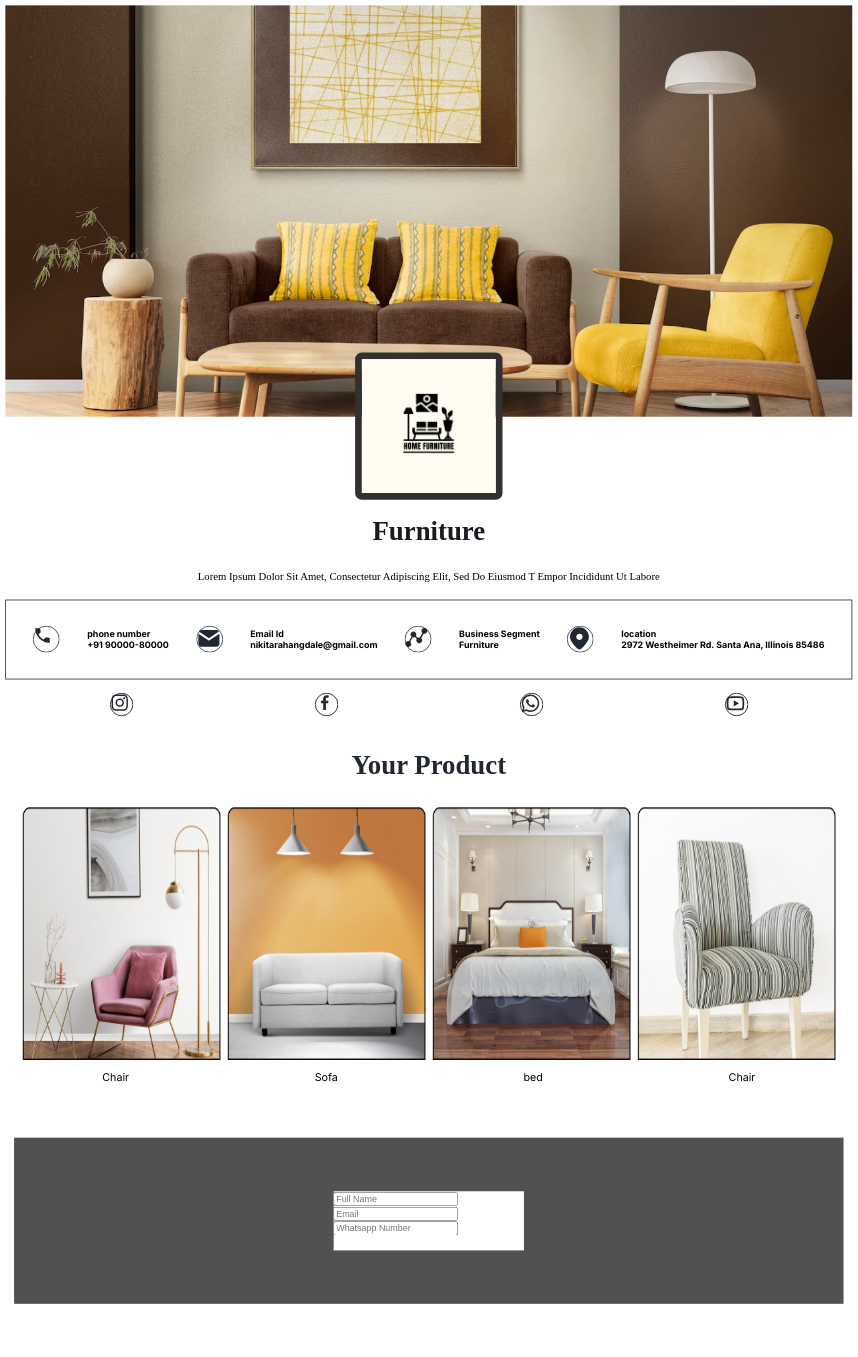
Repository: nikita120402/next13-deploy
Page: /
The author's editor kept a copy of each file at every save. The page is drawn from the files as they stood at one save, then again after the next save.
The browser window is 1280 px wide. The pictures show the whole page, at 67% of full size.
The project was rebuilt for these pictures with package versions that can differ from the ones it lists, and the page was loaded fresh each time. The framework's server and built-in components were replaced by stand-ins that run in the browser. Also part of the build but not shown: next.config.js.

Above is the page before, as saved 2023-08-07 16:49:01.

### src/app/page.tsx
import Image from 'next/image'
import styles from './Design.module.css'
export default function Page() {
  return (
  <div>
        <Image
        className={styles.image1}
      src="/../public/image/Rectangle 25.jpg"
      alt="Picture"
      width={1500}
      height={600}
          />
          <Image
          className={styles.icon}
          src="/../public/image/final logo.jpg"
          alt="Picture"
          width={200}
          height={200}
          />
          <h1>Furniture</h1>
          <p>Lorem ipsum dolor sit amet, consectetur adipiscing elit, sed do eiusmod t empor incididunt ut labore </p>
          <div className={styles.call}>
          <svg xmlns="http://www.w3.org/2000/svg" width="40" height="40" viewBox="0 0 69 69" fill="none">
  <circle cx="34.5" cy="34.5" r="33.5" fill="white" stroke="#222831" stroke-width="2"/>
  <svg xmlns="http://www.w3.org/2000/svg" width="50" height="50" viewBox="0 0 33 33" fill="none">
  <path d="M27.4313 28.875C24.5667 28.875 21.731 28.2563 18.9241 27.0187C16.1173 25.7812 13.5676 24.0167 11.275 21.725C8.98333 19.4333 7.21875 16.8896 5.98125 14.0938C4.74375 11.2979 4.125 8.45625 4.125 5.56875V4.125H12.2375L13.5094 11.0344L9.59062 14.9875C10.0948 15.8812 10.6562 16.7292 11.275 17.5312C11.8937 18.3333 12.5583 19.0781 13.2687 19.7656C13.9333 20.4302 14.6612 21.0664 15.4522 21.6741C16.2433 22.2819 17.0968 22.8488 18.0125 23.375L22 19.3875L28.875 20.7969V28.875H27.4313Z" fill="#222831"/>
</svg></svg> <h5>phone number <br/> +91 90000-80000</h5>

<svg xmlns="http://www.w3.org/2000/svg" width="40" height="40" viewBox="0 0 69 69" fill="none">
  <circle cx="34.5" cy="34.5" r="33.5" fill="white" stroke="#222831" stroke-width="2"/>
  <svg xmlns="http://www.w3.org/2000/svg" width="65" height="65" viewBox="0 0 33 33" fill="none">
  <g clip-path="url(#clip0_1_50)">
    <path d="M30.25 10.3606V23.375C30.2501 24.4271 29.8481 25.4396 29.1262 26.2051C28.4044 26.9706 27.4174 27.4314 26.367 27.4931L26.125 27.5H6.875C5.82284 27.5 4.81042 27.098 4.04489 26.3762C3.27937 25.6544 2.8186 24.6673 2.75688 23.617L2.75 23.375V10.3606L15.7369 19.019L15.8964 19.1097C16.0843 19.2016 16.2908 19.2493 16.5 19.2493C16.7092 19.2493 16.9157 19.2016 17.1036 19.1097L17.2631 19.019L30.25 10.3606Z" fill="#222831"/>
    <path d="M26.125 5.5C27.61 5.5 28.9121 6.28375 29.6381 7.46212L16.5 16.2209L3.36188 7.46212C3.70663 6.90218 4.1803 6.4328 4.74335 6.09315C5.30641 5.7535 5.94252 5.55343 6.59863 5.50962L6.875 5.5H26.125Z" fill="#222831"/>
  </g>
  <defs>
    <clipPath id="clip0_1_50">
      <rect width="33" height="33" fill="white"/>
    </clipPath>
  </defs>
</svg>
</svg> <h5>Email Id <br/>  nikitarahangdale@gmail.com</h5>

<svg xmlns="http://www.w3.org/2000/svg" width="40" height="40" viewBox="0 0 69 69" fill="none">
  <circle cx="34.5" cy="34.5" r="33.5" fill="white" stroke="#222831" stroke-width="2"/>
  <svg xmlns="http://www.w3.org/2000/svg" width="60" height="60" viewBox="0 0 33 33" fill="none">
  <path d="M30.7622 10.1346C30.3794 10.5186 29.9246 10.8231 29.4237 11.0306C28.9228 11.2381 28.3859 11.3445 27.8437 11.3437C27.5119 11.3436 27.1813 11.3037 26.8589 11.2251L23.4261 17.6008C23.4648 17.6369 23.5035 17.673 23.5409 17.7104C24.0863 18.256 24.4678 18.9435 24.6421 19.6951C24.8163 20.4466 24.7764 21.2319 24.5267 21.9618C24.2771 22.6917 23.8277 23.337 23.2297 23.8244C22.6317 24.3118 21.9091 24.6217 21.1438 24.719C20.3785 24.8162 19.6013 24.6969 18.9004 24.3747C18.1995 24.0524 17.603 23.54 17.1787 22.8957C16.7544 22.2514 16.5192 21.5011 16.5 20.7298C16.4807 19.9586 16.6781 19.1975 17.0698 18.5328L14.4684 15.9315C13.8338 16.3044 13.111 16.5007 12.375 16.5C12.0428 16.5002 11.7117 16.4609 11.3889 16.3827L7.95609 22.7558C7.99476 22.7919 8.03472 22.828 8.0721 22.8654C8.6489 23.4423 9.04168 24.1773 9.20076 24.9775C9.35985 25.7776 9.27811 26.607 8.96587 27.3606C8.65363 28.1143 8.12492 28.7585 7.44658 29.2117C6.76825 29.665 5.97076 29.9069 5.15495 29.9069C4.33915 29.9069 3.54166 29.665 2.86333 29.2117C2.18499 28.7585 1.65628 28.1143 1.34404 27.3606C1.0318 26.607 0.950059 25.7776 1.10915 24.9775C1.26823 24.1773 1.66101 23.4423 2.23781 22.8654C2.7397 22.3637 3.36251 22 4.04606 21.8094C4.7296 21.6188 5.45075 21.6078 6.1398 21.7774L9.57257 15.4017C9.5339 15.3656 9.49523 15.3295 9.45785 15.2921C9.07471 14.9091 8.77077 14.4543 8.56342 13.9538C8.35606 13.4532 8.24933 12.9168 8.24933 12.375C8.24933 11.8332 8.35606 11.2967 8.56342 10.7962C8.77077 10.2957 9.07471 9.84089 9.45785 9.45783C10.1675 8.74616 11.1126 8.31805 12.1156 8.25393C13.1186 8.18981 14.1105 8.49408 14.905 9.10959C15.6995 9.72511 16.242 10.6095 16.4306 11.5967C16.6191 12.5839 16.4407 13.606 15.9289 14.471L18.5303 17.0723C19.4597 16.5277 20.5645 16.3659 21.6111 16.6212L25.0439 10.2455C25.0052 10.2094 24.9653 10.1733 24.9279 10.1359C24.5447 9.75283 24.2408 9.29805 24.0335 8.79752C23.8261 8.29699 23.7194 7.76051 23.7194 7.21873C23.7194 6.67695 23.8261 6.14048 24.0335 5.63995C24.2408 5.13942 24.5447 4.68464 24.9279 4.30158C25.7016 3.52791 26.7509 3.09326 27.845 3.09326C28.9392 3.09326 29.9885 3.52791 30.7622 4.30158C31.5359 5.07526 31.9705 6.12459 31.9705 7.21873C31.9705 8.31288 31.5359 9.36221 30.7622 10.1359V10.1346Z" fill="#222831"/>
</svg>
</svg> <h5>Business  Segment  <br/>  Furniture</h5>

<svg xmlns="http://www.w3.org/2000/svg" width="40" height="40" viewBox="0 0 69 69" fill="none">
  <circle cx="34.5" cy="34.5" r="33.5" fill="white" stroke="#222831" stroke-width="2"/>
  <svg xmlns="http://www.w3.org/2000/svg" width="65" height="65" viewBox="0 0 33 33" fill="none">
  <path d="M18.8843 29.997C22.4792 26.8331 28.875 20.3692 28.875 14.4375C28.875 11.1554 27.5712 8.00782 25.2504 5.68705C22.9297 3.36629 19.7821 2.0625 16.5 2.0625C13.2179 2.0625 10.0703 3.36629 7.74955 5.68705C5.42879 8.00782 4.125 11.1554 4.125 14.4375C4.125 20.3692 10.5187 26.8331 14.1157 29.997C14.7719 30.5826 15.6205 30.9063 16.5 30.9063C17.3795 30.9063 18.2281 30.5826 18.8843 29.997ZM12.375 14.4375C12.375 13.3435 12.8096 12.2943 13.5832 11.5207C14.3568 10.7471 15.406 10.3125 16.5 10.3125C17.594 10.3125 18.6432 10.7471 19.4168 11.5207C20.1904 12.2943 20.625 13.3435 20.625 14.4375C20.625 15.5315 20.1904 16.5807 19.4168 17.3543C18.6432 18.1279 17.594 18.5625 16.5 18.5625C15.406 18.5625 14.3568 18.1279 13.5832 17.3543C12.8096 16.5807 12.375 15.5315 12.375 14.4375Z" fill="#222831"/>
</svg>
</svg>  <h5>location  <br/>  2972 Westheimer Rd. Santa Ana, Illinois 85486 </h5>

</div>
<div className={styles.icon1}>

<svg className={styles.icon2} xmlns="http://www.w3.org/2000/svg" width="35" height="35" viewBox="0 0 50 50" fill="none">
  <circle cx="25" cy="25" r="24" fill="white" stroke="#222831" stroke-width="2"/>
  <svg   xmlns="http://www.w3.org/2000/svg" width="42" height="42" viewBox="0 0 32 32" fill="none">
  <path d="M23.12 7.27999C22.8036 7.27999 22.4942 7.37383 22.2311 7.54964C21.968 7.72545 21.7629 7.97533 21.6418 8.2677C21.5207 8.56006 21.489 8.88176 21.5507 9.19213C21.6125 9.5025 21.7649 9.7876 21.9886 10.0114C22.2124 10.2351 22.4975 10.3875 22.8079 10.4492C23.1182 10.511 23.4399 10.4793 23.7323 10.3582C24.0247 10.2371 24.2745 10.032 24.4504 9.7689C24.6262 9.50578 24.72 9.19644 24.72 8.87999C24.72 8.45564 24.5514 8.04868 24.2514 7.74862C23.9513 7.44856 23.5443 7.27999 23.12 7.27999ZM29.2533 10.5067C29.2274 9.40039 29.0202 8.30586 28.64 7.26666C28.301 6.3775 27.7733 5.57236 27.0933 4.90666C26.4331 4.22322 25.6261 3.69889 24.7333 3.37332C23.6969 2.98154 22.6011 2.7696 21.4933 2.74666C20.08 2.66666 19.6267 2.66666 16 2.66666C12.3733 2.66666 11.92 2.66666 10.5067 2.74666C9.39887 2.7696 8.30313 2.98154 7.26667 3.37332C6.37557 3.70219 5.56925 4.22607 4.90667 4.90666C4.22324 5.56689 3.69891 6.37391 3.37334 7.26666C2.98155 8.30311 2.76962 9.39886 2.74667 10.5067C2.66667 11.92 2.66667 12.3733 2.66667 16C2.66667 19.6267 2.66667 20.08 2.74667 21.4933C2.76962 22.6011 2.98155 23.6969 3.37334 24.7333C3.69891 25.6261 4.22324 26.4331 4.90667 27.0933C5.56925 27.7739 6.37557 28.2978 7.26667 28.6267C8.30313 29.0184 9.39887 29.2304 10.5067 29.2533C11.92 29.3333 12.3733 29.3333 16 29.3333C19.6267 29.3333 20.08 29.3333 21.4933 29.2533C22.6011 29.2304 23.6969 29.0184 24.7333 28.6267C25.6261 28.3011 26.4331 27.7768 27.0933 27.0933C27.7763 26.4301 28.3045 25.6242 28.64 24.7333C29.0202 23.6941 29.2274 22.5996 29.2533 21.4933C29.2533 20.08 29.3333 19.6267 29.3333 16C29.3333 12.3733 29.3333 11.92 29.2533 10.5067ZM26.8533 21.3333C26.8436 22.1797 26.6903 23.0183 26.4 23.8133C26.1871 24.3936 25.8452 24.9179 25.4 25.3467C24.9675 25.7873 24.4443 26.1286 23.8667 26.3467C23.0716 26.637 22.233 26.7903 21.3867 26.8C20.0533 26.8667 19.56 26.88 16.0533 26.88C12.5467 26.88 12.0533 26.88 10.72 26.8C9.84119 26.8164 8.96613 26.6811 8.13334 26.4C7.58105 26.1708 7.08181 25.8304 6.66667 25.4C6.22412 24.9717 5.88646 24.4469 5.68001 23.8667C5.35448 23.0602 5.17393 22.2026 5.14667 21.3333C5.14667 20 5.06667 19.5067 5.06667 16C5.06667 12.4933 5.06667 12 5.14667 10.6667C5.15265 9.8014 5.31061 8.94392 5.61334 8.13332C5.84807 7.57054 6.20836 7.06887 6.66667 6.66666C7.07176 6.20821 7.57239 5.84412 8.13334 5.59999C8.94607 5.30671 9.80267 5.15343 10.6667 5.14666C12 5.14666 12.4933 5.06666 16 5.06666C19.5067 5.06666 20 5.06666 21.3333 5.14666C22.1797 5.15636 23.0183 5.30965 23.8133 5.59999C24.4192 5.82486 24.9631 6.19045 25.4 6.66666C25.8369 7.07623 26.1784 7.57697 26.4 8.13332C26.6963 8.94523 26.8497 9.80236 26.8533 10.6667C26.92 12 26.9333 12.4933 26.9333 16C26.9333 19.5067 26.92 20 26.8533 21.3333ZM16 9.15999C14.6478 9.16263 13.3266 9.56602 12.2035 10.3192C11.0805 11.0724 10.2058 12.1416 9.69018 13.3917C9.17452 14.6417 9.04097 16.0166 9.3064 17.3426C9.57182 18.6685 10.2243 19.886 11.1814 20.8413C12.1386 21.7966 13.3574 22.4467 14.6838 22.7095C16.0103 22.9724 17.3849 22.8361 18.634 22.318C19.883 21.7999 20.9505 20.9232 21.7015 19.7987C22.4525 18.6742 22.8533 17.3522 22.8533 16C22.8551 15.1001 22.6789 14.2088 22.335 13.3773C21.991 12.5457 21.4861 11.7904 20.8492 11.1547C20.2122 10.519 19.4559 10.0156 18.6237 9.67323C17.7915 9.3309 16.8999 9.15647 16 9.15999ZM16 20.44C15.1219 20.44 14.2634 20.1796 13.5333 19.6917C12.8031 19.2038 12.234 18.5104 11.898 17.6991C11.5619 16.8878 11.474 15.9951 11.6453 15.1338C11.8166 14.2725 12.2395 13.4814 12.8604 12.8604C13.4814 12.2395 14.2725 11.8166 15.1338 11.6453C15.9951 11.474 16.8878 11.5619 17.6991 11.898C18.5104 12.234 19.2039 12.8031 19.6917 13.5333C20.1796 14.2634 20.44 15.1218 20.44 16C20.44 16.5831 20.3252 17.1604 20.102 17.6991C19.8789 18.2378 19.5519 18.7273 19.1396 19.1395C18.7273 19.5518 18.2378 19.8789 17.6991 20.102C17.1604 20.3251 16.5831 20.44 16 20.44Z" fill="#222831"/>
</svg>
</svg>
<svg xmlns="http://www.w3.org/2000/svg" width="35" height="35" viewBox="0 0 50 50" fill="none">
  <circle cx="25" cy="25" r="24" fill="white" stroke="#222831" stroke-width="2"/>
  <svg xmlns="http://www.w3.org/2000/svg" width="42" height="42" viewBox="0 0 32 32" fill="none">
  <path d="M17.8627 27.996V17.068H21.5493L22.0973 12.7893H17.8627V10.064C17.8627 8.82934 18.2067 7.98401 19.9787 7.98401H22.224V4.16935C21.1315 4.05227 20.0334 3.99574 18.9347 4.00001C15.676 4.00001 13.4387 5.98935 13.4387 9.64135V12.7813H9.776V17.06H13.4467V27.996H17.8627Z" fill="#222831"/>
</svg>
</svg>
<svg xmlns="http://www.w3.org/2000/svg" width="35" height="35" viewBox="0 0 50 50" fill="none">
  <circle cx="25" cy="25" r="24" fill="white" stroke="#222831" stroke-width="2"/>
  <svg xmlns="http://www.w3.org/2000/svg" width="45" height="45" viewBox="0 0 32 32" fill="none">
  <path d="M25.4 6.54667C24.1776 5.31191 22.7216 4.3329 21.1168 3.66674C19.5121 3.00059 17.7908 2.66062 16.0533 2.66667C8.77333 2.66667 2.84 8.60001 2.84 15.88C2.84 18.2133 3.45333 20.48 4.6 22.48L2.73333 29.3333L9.73333 27.4933C11.6667 28.5467 13.84 29.1067 16.0533 29.1067C23.3333 29.1067 29.2667 23.1733 29.2667 15.8933C29.2667 12.36 27.8933 9.04001 25.4 6.54667ZM16.0533 26.8667C14.08 26.8667 12.1467 26.3333 10.4533 25.3333L10.0533 25.0933L5.89333 26.1867L7 22.1333L6.73333 21.72C5.637 19.9693 5.05485 17.9457 5.05333 15.88C5.05333 9.82667 9.98667 4.89334 16.04 4.89334C18.9733 4.89334 21.7333 6.04001 23.8 8.12001C24.8233 9.13863 25.6343 10.3502 26.1859 11.6846C26.7374 13.0189 27.0187 14.4495 27.0133 15.8933C27.04 21.9467 22.1067 26.8667 16.0533 26.8667ZM22.08 18.6533C21.7467 18.4933 20.12 17.6933 19.8267 17.5733C19.52 17.4667 19.3067 17.4133 19.08 17.7333C18.8533 18.0667 18.2267 18.8133 18.04 19.0267C17.8533 19.2533 17.6533 19.28 17.32 19.1067C16.9867 18.9467 15.92 18.5867 14.6667 17.4667C13.68 16.5867 13.0267 15.5067 12.8267 15.1733C12.64 14.84 12.8 14.6667 12.9733 14.4933C13.12 14.3467 13.3067 14.1067 13.4667 13.92C13.6267 13.7333 13.6933 13.5867 13.8 13.3733C13.9067 13.1467 13.8533 12.96 13.7733 12.8C13.6933 12.64 13.0267 11.0133 12.76 10.3467C12.4933 9.70668 12.2133 9.78667 12.0133 9.77334H11.3733C11.1467 9.77334 10.8 9.85334 10.4933 10.1867C10.2 10.52 9.34667 11.32 9.34667 12.9467C9.34667 14.5733 10.5333 16.1467 10.6933 16.36C10.8533 16.5867 13.0267 19.92 16.3333 21.3467C17.12 21.6933 17.7333 21.8933 18.2133 22.04C19 22.2933 19.72 22.2533 20.2933 22.1733C20.9333 22.08 22.2533 21.3733 22.52 20.6C22.8 19.8267 22.8 19.1733 22.7067 19.0267C22.6133 18.88 22.4133 18.8133 22.08 18.6533Z" fill="#222831"/>
</svg>
</svg>
<svg xmlns="http://www.w3.org/2000/svg" width="35" height="35" viewBox="0 0 50 50" fill="none">
  <circle cx="25" cy="25" r="24" fill="white" stroke="#222831" stroke-width="2"/>
  <svg xmlns="http://www.w3.org/2000/svg" width="45" height="45" viewBox="0 0 32 32" fill="none">
  <path d="M26.1427 9.32668C26.0413 8.92934 25.7533 8.62934 25.424 8.53734C24.84 8.37334 22.0013 8.00001 16.0013 8.00001C10.0013 8.00001 7.164 8.37334 6.576 8.53734C6.25066 8.62801 5.96266 8.92801 5.86 9.32668C5.71466 9.89201 5.33466 12.26 5.33466 16C5.33466 19.7387 5.71466 22.1067 5.86 22.6747C5.96133 23.0707 6.24933 23.3707 6.57733 23.4613C7.164 23.6267 10 24 16 24C22 24 24.8387 23.6267 25.4253 23.4627C25.7507 23.372 26.0387 23.072 26.1413 22.6733C26.288 22.108 26.6667 19.7333 26.6667 16C26.6667 12.2667 26.288 9.89334 26.1427 9.32668ZM28.7253 8.66401C29.3347 11.04 29.3347 16 29.3347 16C29.3347 16 29.3347 20.96 28.7253 23.336C28.3867 24.6493 27.396 25.6827 26.1413 26.032C23.8627 26.6667 16 26.6667 16 26.6667C16 26.6667 8.14266 26.6667 5.86 26.032C4.6 25.6773 3.61066 24.6453 3.276 23.336C2.66666 20.96 2.66666 16 2.66666 16C2.66666 16 2.66666 11.04 3.276 8.66401C3.61466 7.35068 4.60533 6.31734 5.86 5.96801C8.144 5.33334 16.0013 5.33334 16.0013 5.33334C16.0013 5.33334 23.8627 5.33334 26.1413 5.96801C27.4 6.32268 28.3907 7.35468 28.7253 8.66401ZM13.3347 20.6667V11.3333L21.3347 16L13.3347 20.6667Z" fill="#222831"/>
</svg>
</svg>

</div>
<h2 className={styles.heading}>Your Product </h2>

<div className={styles.product} >
      <Image
          src="/../public/image/Chair.jpg"
          alt="Picture"
          width={295}
          height={377}
          />
          <Image
          src="/../public/image/Sofa.jpg"
          alt="Picture"
          width={295}
          height={377}
          />
          <Image
          src="/../public/image/Bed.jpg"
          alt="Picture"
          width={295}
          height={377}
          />
          <Image
          src="/../public/image/Chair1.jpg"
          alt="Picture"
          width={295}
          height={377}
          />

</div>
<div className={styles.product1}>
<span>Chair</span>
<span>Sofa</span>
<span>bed</span>
<span>Chair</span>
</div>
<form className={styles.form1}>
<div className={styles.form}>
  <input type="text" placeholder="Full Name"/>
  <input type="email" placeholder="Email"/>
  <input type="text" placeholder="Whatsapp Number"/>
  </div>
  </form>

  </div>
  )

}

### src/app/globals.css
h1{
      text-align: center;
      color: #181b21;
font-family: Playfair Display;
font-size: 40px;
font-style: normal;
font-weight: 600;
line-height: 100%; /* 40px */
  text-transform: capitalize;
}
p{
      color: #000;
text-align: center;
padding: 10px;
font-family: Poppins;
font-size: 16px;
font-style: normal;
font-weight: 400;
line-height: 120%; /* 24px */
text-transform: capitalize;
}

### src/app/Design.module.css
.image1{
    width: 100%;
    height: 100%;
}

.icon{
    border-radius: 10px;
    background: #222831;
    position: relative;
    border: solid 10px rgb(51, 48, 48);
    margin-left: auto;
    margin-right: auto;
    display: block;
    margin-top: -100px;
    z-index: +1;
}

.call{
    display: flex;
    margin-left:auto;
    border: solid 1px black;
    padding: 20px;
    justify-content: space-around;
    align-items: center;
}

.icon1{
    display: flex;
    margin-left:0%;
    padding: 20px;
    align-items: center;
    flex-shrink: 0;
    justify-content:space-around;


}

.heading{
    text-align: center;
    color: #222831;
    font-family: Playfair Display;
    font-size: 40px;
    font-style: normal;
    font-weight: 600;
    line-height: 100%; /* 40px */
    text-transform: capitalize;
}

.icon2{
        text-align: center;
}

.product{
            display: flex;
            padding: 10px 20px;
            justify-content: space-around;
            border-radius: 10px 10px 0px 0px;

}
.product1{
    display: flex;
    text-align: left;
    font-size: 16px;
    margin: 6px;
    justify-content: space-around;

}

.form{
    margin: 30px auto;
    border-style: hidden;
    border-bottom: 2px solid #fff;
    background-color: #ffffff;
    color: #fff;
    width: 25%;
    font-size: 16px;
    padding-bottom: 20px;
}

.form1{
    background-color: #515151;
    width: 90%;
    padding: 50px;
    margin: 80px auto;
}

Loaded but not shown: src/app/layout.tsx (common file)

After the next save:
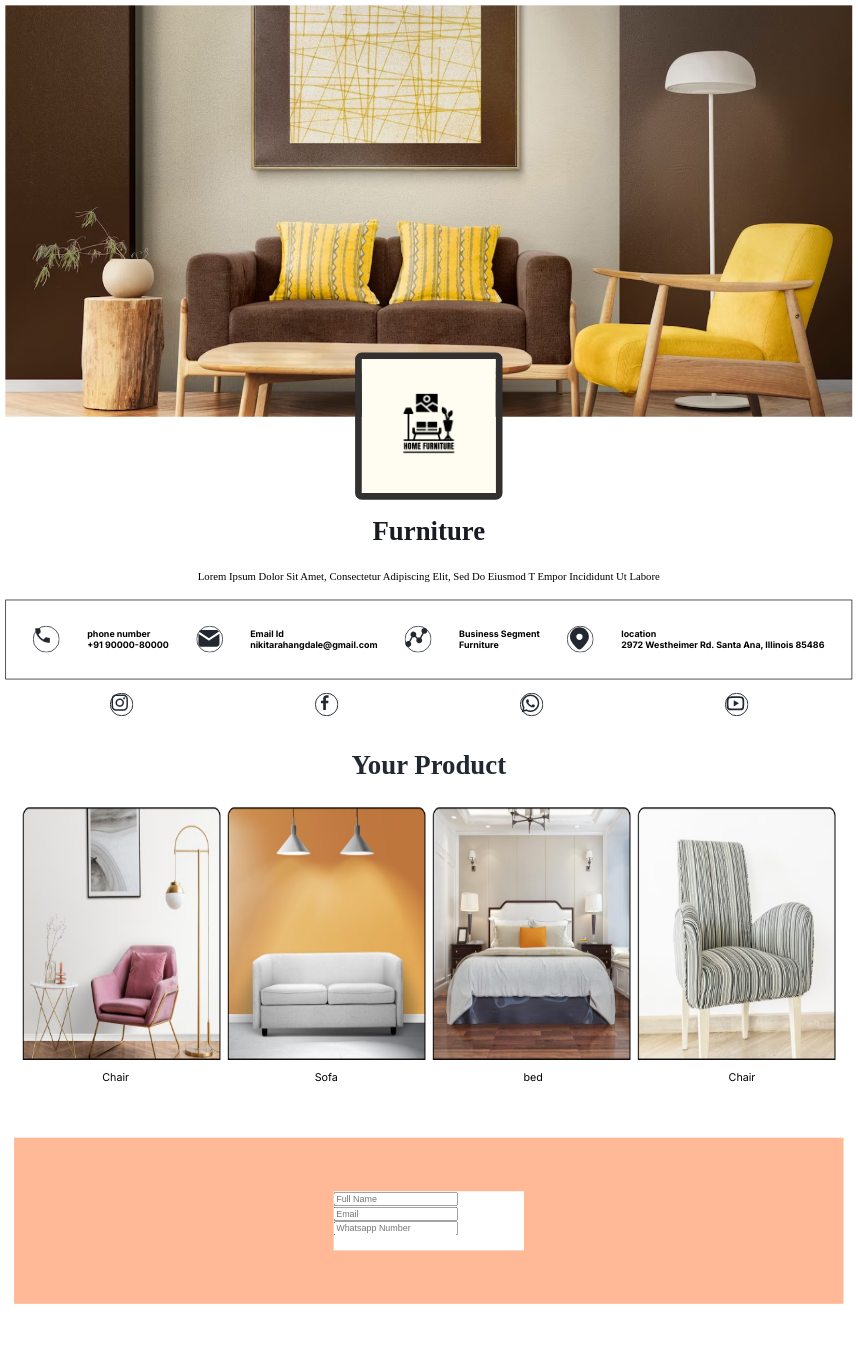
Saved 48 s later.
--- a/src/app/Design.module.css
+++ b/src/app/Design.module.css
@@ -78,7 +78,7 @@
 }
 
 .form1{
-    background-color: #515151;
+    background-color: #ffb997;
     width: 90%;
     padding: 50px;
     margin: 80px auto;
